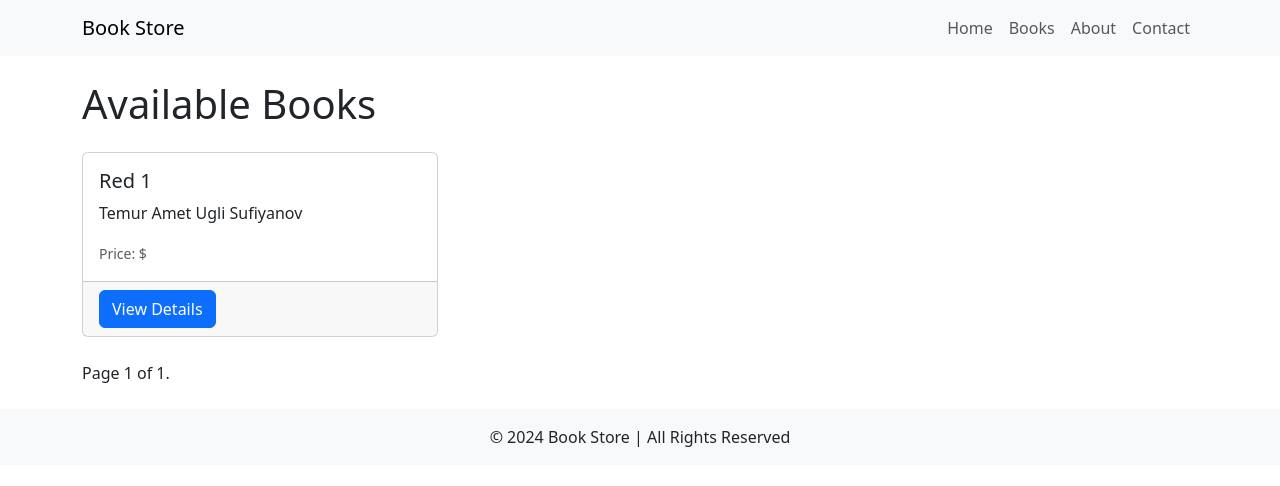
Repository: Temur-Sufiyanov/CBV
Page: http://localhost/
These files come from the project's save history. The page is drawn as it stood at one moment and after the next save; the edit follows.
The browser window is 1280 px wide. The pictures show the whole page.
The page is served by the project's application, run on Django 5.2 (manage.py). Other server files are loaded and not shown. The page reads the database file committed with the project.

Above is the page before, as saved 2024-12-14 12:41:09.

### book/templates/book/home.html
{% extends 'book/base.html' %}

{% block content %}
<h1 class="mb-4">Available Books</h1>
<div class="row">
    {% for book in books %}
        <div class="col-md-4 mb-4">
            <div class="card h-100">
                <div class="card-body">
                    <h5 class="card-title">{{ book.title }}</h5>
                    <p class="card-text">{{ book.author }}</p>
                    <p class="card-text"><small class="text-muted">Price: ${{ book.price }}</small></p>
                </div>
                <div class="card-footer">
                    <a href="{{ book.slug}}/" class="btn btn-primary">View Details</a>
                </div>
            </div>
        </div>
    {% endfor %}
</div>
<div class="pagination">
    <span class="step-links">
        {% if page_obj.has_previous %}
            <a href="?page=1">&laquo; first</a>
            <a href="?page={{ page_obj.previous_page_number }}">previous</a>
        {% endif %}

        <span class="current">
            Page {{ page_obj.number }} of {{ page_obj.paginator.num_pages }}.
        </span>

        {% if page_obj.has_next %}
            <a href="?page={{ page_obj.next_page_number }}">next</a>
            <a href="?page={{ page_obj.paginator.num_pages }}">last &raquo;</a>
        {% endif %}
    </span>
</div>
{% endblock %}

### book/templates/book/base.html
<!DOCTYPE html>
<html lang="en">
<head>
    <meta charset="UTF-8">
    <meta name="viewport" content="width=device-width, initial-scale=1.0">
    <title>Book Store</title>
    <!-- CSS (Bootstrap for styling, you can replace with your own styles) -->
    <link rel="stylesheet" href="https://cdn.jsdelivr.net/npm/bootstrap@5.3.0/dist/css/bootstrap.min.css">
</head>
<body>
    <!-- Navbar -->
    <nav class="navbar navbar-expand-lg navbar-light bg-light">
        <div class="container">
            <a class="navbar-brand" href="/">Book Store</a>
            <button class="navbar-toggler" type="button" data-bs-toggle="collapse" data-bs-target="#navbarNav" aria-controls="navbarNav" aria-expanded="false" aria-label="Toggle navigation">
                <span class="navbar-toggler-icon"></span>
            </button>
            <div class="collapse navbar-collapse" id="navbarNav">
                <ul class="navbar-nav ms-auto">
                    <li class="nav-item">
                        <a class="nav-link" href="/">Home</a>
                    </li>
                    <li class="nav-item">
                        <a class="nav-link" href="/books/">Books</a>
                    </li>
                    <li class="nav-item">
                        <a class="nav-link" href="/about/">About</a>
                    </li>
                    <li class="nav-item">
                        <a class="nav-link" href="/contact/">Contact</a>
                    </li>
                </ul>
            </div>
        </div>
    </nav>

    <!-- Main Content Area -->
    <div class="container mt-4">
        {% block content %}
        <!-- Content will be injected here -->
        {% endblock %}
    </div>

    <!-- Footer -->
    <footer class="bg-light text-center text-lg-start mt-4">
        <div class="text-center p-3">
            © 2024 Book Store | All Rights Reserved
        </div>
    </footer>

    <!-- JS (Bootstrap and other scripts) -->
    <script src="https://cdn.jsdelivr.net/npm/bootstrap@5.3.0/dist/js/bootstrap.bundle.min.js"></script>
</body>
</html>

### book/models.py
from django.db import models

# Create your models here.

class Book(models.Model):
    title = models.CharField(max_length=200)
    author = models.CharField(max_length=150)
    genre = models.CharField(max_length=59)
    slug = models.SlugField(null=True)
    count = models.IntegerField(null=True, default=0)


    def __str__(self):
        return self.title

### book/views.py
from django.shortcuts import render
from django.views.generic.base import TemplateView
from django.views.generic.list import ListView
from django.views.generic.detail import DetailView
from .models import Book
# Create your views here.

# class IndexView(TemplateView):

#     template_name = 'book/home.html'

#     def get_context_data(self, **kwargs):
#         context = super().get_context_data(**kwargs)
#         context['books'] = Book.objects.all()

#         return context

class IndexView(ListView):
    model = Book
    template_name = 'book/home.html'
    context_object_name = 'books'
    paginate_by = 1
    # queryset = Book.objects.all()[:2]

    def get_queryset(self):
        return Book.objects.all()[:1]

class GengeView(ListView):
    model = Book
    template_name = 'book/home.html'
    context_object_name = 'books'

    def get_queryset(self, *args, **kwargs):
        return Book.objects.filter(genre__icontains = self.kwargs.get('genre'))

class BookDetail(DetailView):

    model = Book
    template_name = 'book/book_detail.html'
    context_object_name = 'book'

### core/urls.py
"""
URL configuration for core project.

The `urlpatterns` list routes URLs to views. For more information please see:
    https://docs.djangoproject.com/en/5.1/topics/http/urls/
Examples:
Function views
    1. Add an import:  from my_app import views
    2. Add a URL to urlpatterns:  path('', views.home, name='home')
Class-based views
    1. Add an import:  from other_app.views import Home
    2. Add a URL to urlpatterns:  path('', Home.as_view(), name='home')
Including another URLconf
    1. Import the include() function: from django.urls import include, path
    2. Add a URL to urlpatterns:  path('blog/', include('blog.urls'))
"""
from django.contrib import admin
from django.urls import path, include

urlpatterns = [
    path('admin/', admin.site.urls),
    # path('', include('cbv.urls')),
    path('',include('book.urls')),
]

### book/urls.py
from django.urls import path
from .views import IndexView, BookDetail, GengeView

urlpatterns = [
    path('', IndexView.as_view(), name='home'),
    path('<slug:slug>/', BookDetail.as_view(), name='book-detail'),
    path('g/<str:genre>', GengeView.as_view(), name='genre'),
]

### db.sqlite3 (the tables this page reads, as SQL)
CREATE TABLE "book_book" ("id" integer NOT NULL PRIMARY KEY AUTOINCREMENT, "title" varchar(200) NOT NULL, "author" varchar(150) NOT NULL, "genre" varchar(59) NOT NULL, "slug" varchar(50) NULL, "count" integer NULL);
INSERT INTO "book_book" VALUES
(1, 'Red 1', 'Temur Amet Ugli Sufiyanov', 'Fiction', 'fiction', 4),
(2, 'Progarmming', 'Temur Amet Ugli Sufiyanov', 'programming', 'progarmming', 7),
(3, 'Python', 'Settarov', 'programming', NULL, 0),
(4, 'Python', 'Settarov', 'programming', NULL, 0),
(5, 'Python', 'Settarov', 'programming', NULL, 0),
(6, 'Django', 'Temur', 'IT', 'django', 0),
(7, 'HI', 'Feruz', 'Fantasysss', 'hi', 0);

After the next save:
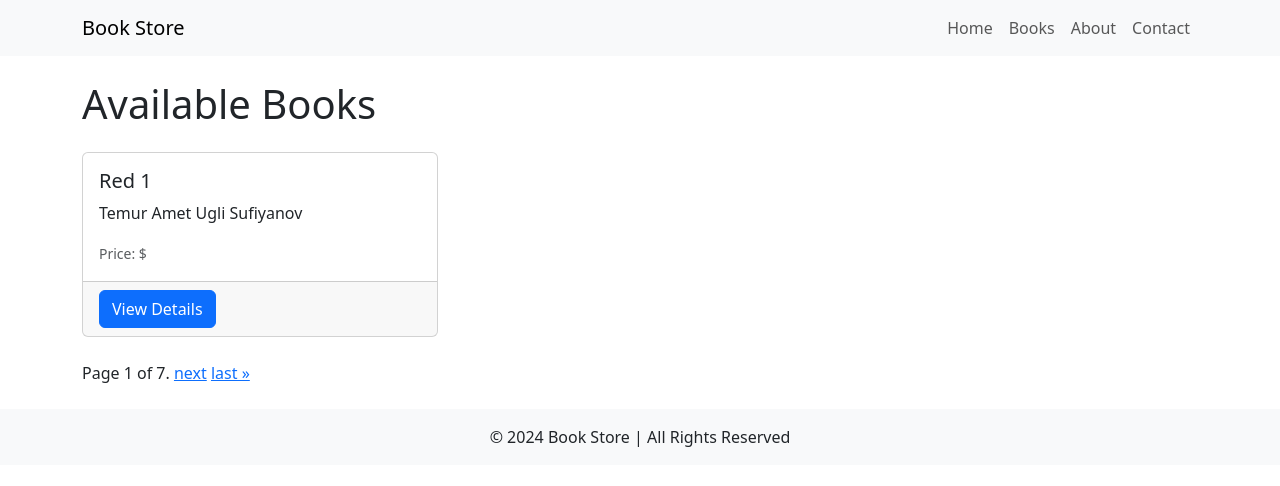
Saved 11 s later.
--- a/book/views.py
+++ b/book/views.py
@@ -22,8 +22,8 @@ class IndexView(ListView):
     paginate_by = 1
     # queryset = Book.objects.all()[:2]
 
-    def get_queryset(self):
-        return Book.objects.all()[:1]
+    # def get_queryset(self):
+    #     return Book.objects.all()[:1]
 
 class GengeView(ListView):
     model = Book
